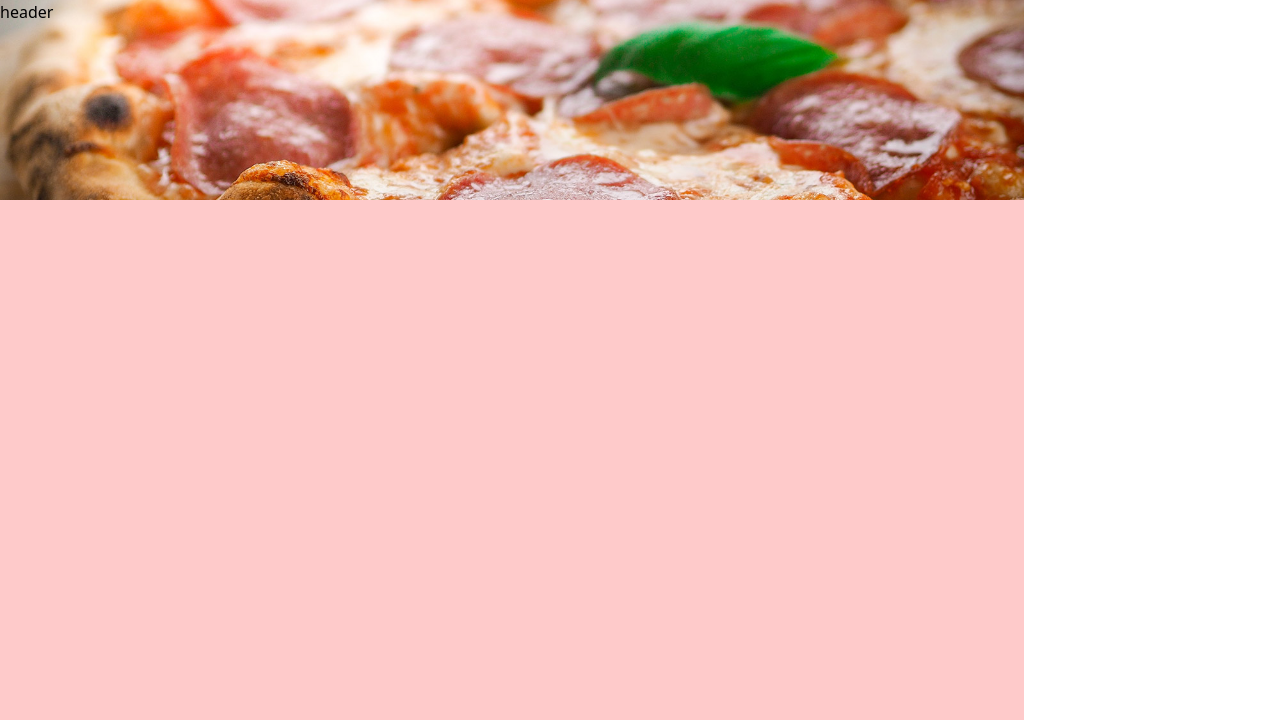
Repository: zahranaserii/FastFoodProject
Page: /
The author's editor kept a copy of each file at every save. The page is drawn from the files as they stood at one save, then again after the next save.
The browser window is 1280 px wide. The pictures show the whole page.
The project was rebuilt for these pictures with package versions that can differ from the ones it lists, and the page was loaded fresh each time.

Above is the page before, as saved 2023-11-17 11:16:12.

After the next save:
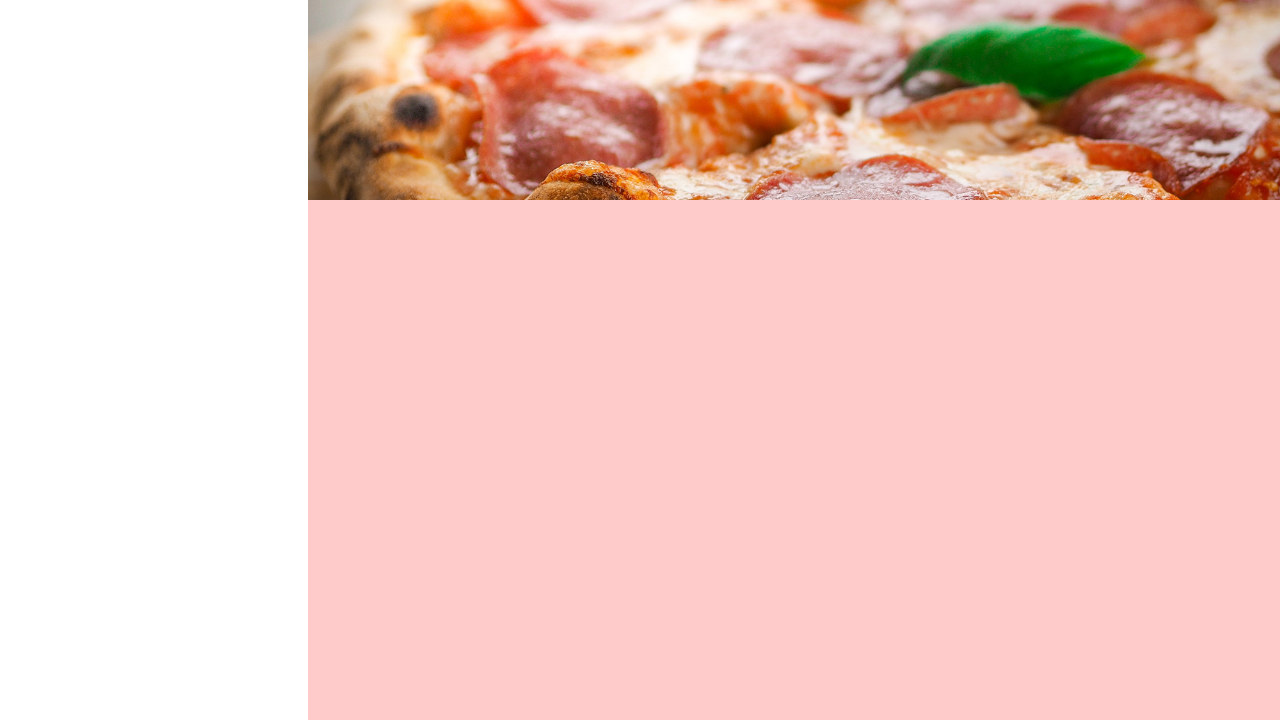
Saved 14 s later.
--- a/public/index.html
+++ b/public/index.html
@@ -1,5 +1,5 @@
 <!DOCTYPE html>
-<html lang="fa">
+<html lang="fa" dir="rtl">
   <head>
     <meta charset="utf-8" />
     <meta name="viewport" content="width=device-width, initial-scale=1" />
